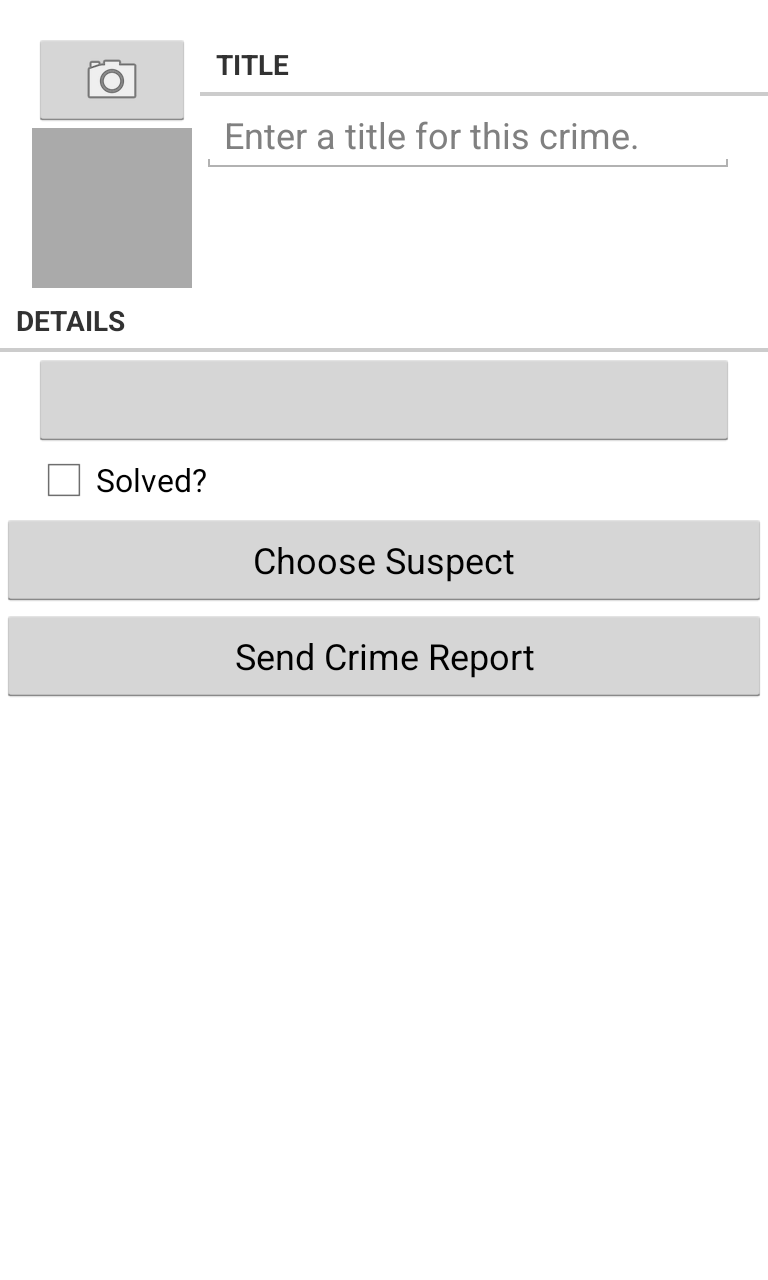
Repository: DaleJulian/CriminalIntent
Layout: CriminalIntent/res/layout/fragment_crime.xml
An editor plug-in stored every save of this project. The layout is shown before and after the next save, followed by the edit.
It is drawn on a 768 x 1280 px phone screen (xhdpi) without system bars, with theme AppTheme; the app's code is not run.

Above is the layout before, as saved 2015-06-01 09:08:34.

After the next save:
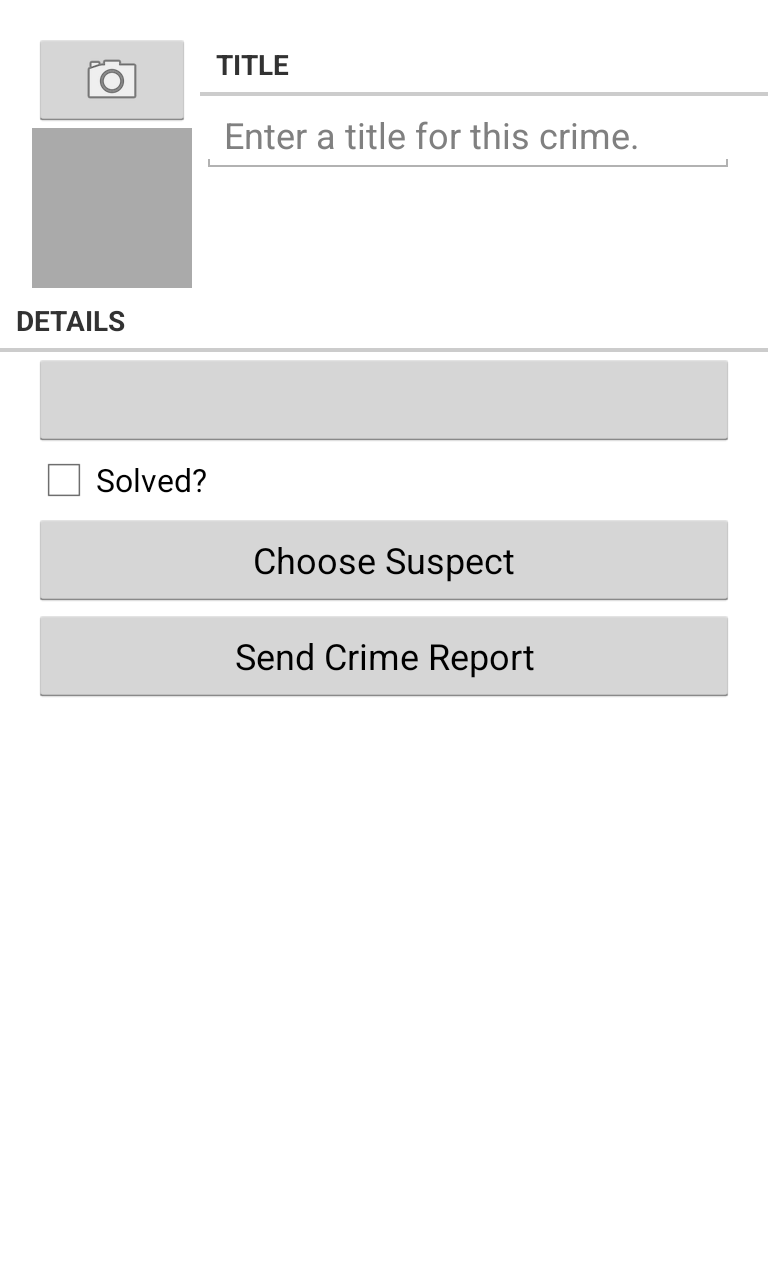
Saved 38 s later.
--- a/CriminalIntent/res/layout/fragment_crime.xml
+++ b/CriminalIntent/res/layout/fragment_crime.xml
@@ -75,8 +75,8 @@
       android:id="@+id/crime_suspectButton"
       android:layout_width="match_parent"
       android:layout_height="wrap_content"
-      android:marginLeft="16dp"
-	  android:marginRight="16dp"
+      android:layout_marginLeft="16dp"
+	  android:layout_marginRight="16dp"
 	  android:text="@string/crime_suspect_text"
       />
 
@@ -84,8 +84,8 @@
       android:id="@+id/crime_reportButton"
       android:layout_width="match_parent"
       android:layout_height="wrap_content"
-      android:marginLeft="16dp"
-	  android:marginRight="16dp"
+      android:layout_marginLeft="16dp"
+	  android:layout_marginRight="16dp"
 	  android:text="@string/crime_report_text"
       />
 
